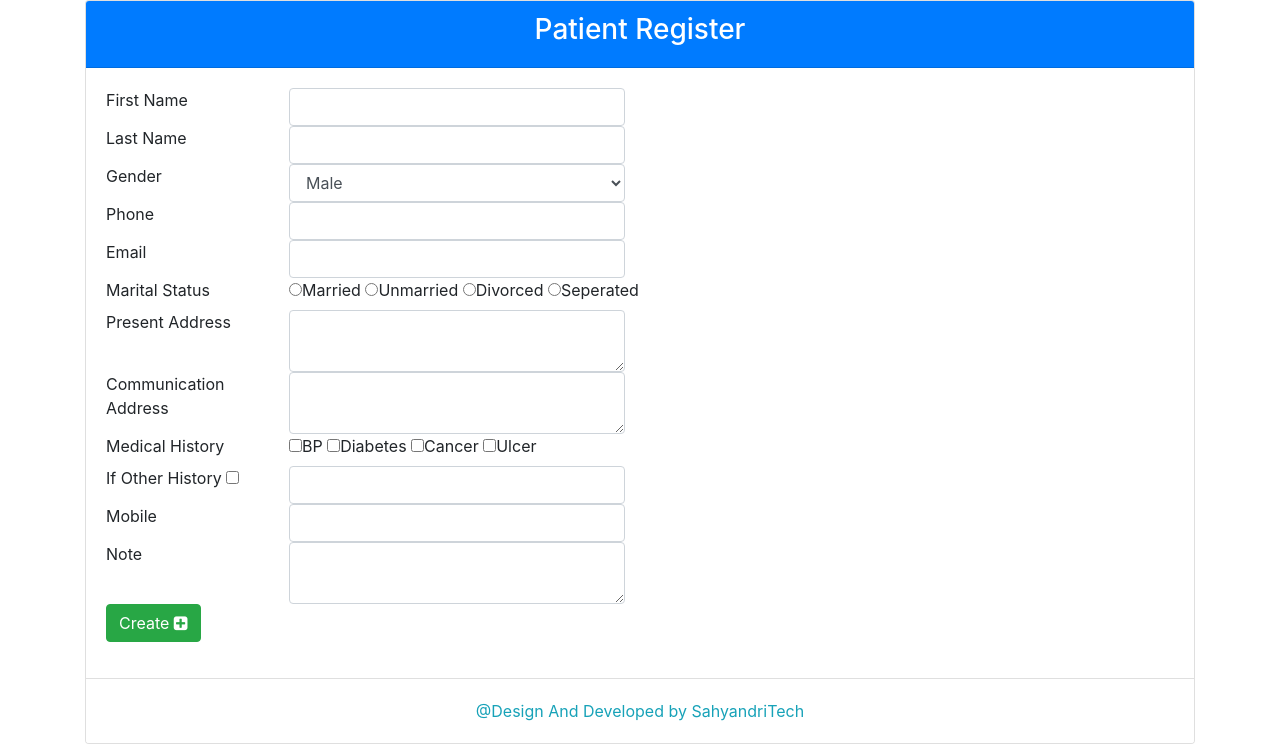
Repository: AmolRajuru11/HealthCareEx
Page: http://localhost/PatientRegister
These files come from the project's save history. The page is drawn as it stood at one moment and after the next save; the edit follows.
The browser window is 1280 px wide. The pictures show the whole page.
The page is this project's Thymeleaf template; nobody is signed in. The template is opened directly, without the code that normally fills it, so the values that code supplies are empty.

Above is the page before, as saved 2021-10-19 13:32:32.

### HeathCare/src/main/resources/templates/PatientRegister.html
<html xmlns:th="https://www.thymeleaf.org/">
<head>
<link rel="stylesheet"
	href="https://cdn.jsdelivr.net/npm/bootstrap@4.5.3/dist/css/bootstrap.min.css" />
<script src="https://code.jquery.com/jquery-3.5.1.min.js"></script>
<script
	src="https://cdn.jsdelivr.net/npm/bootstrap@4.5.3/dist/js/bootstrap.bundle.min.js"></script>
<link rel="stylesheet"
	href="https://cdnjs.cloudflare.com/ajax/libs/font-awesome/4.7.0/css/font-awesome.css" />
</head>
<body>
	<div class="container">
		<div class="card">
			<div class="card-header bg-primary text-center text-white">
				<h3>Patient Register</h3>
			</div>
			<div class="card-body">
				<form th:action="@{/patient/save}" method="POST" id="specRegForm">

					<!--row #1-->
					<div class="row">
						<div class="col-2">
							<label for="firstName">First Name</label>
						</div>
						<div class="col-4">
							<input type="text" name="firstName" id="firstName"
								class="form-control" />
						</div>
						<div class="col-6">
							<span id="firstNameError"></span>
						</div>
					</div>

					<!--row #2-->
					<div class="row">
						<div class="col-2">
							<label for="lastName">Last Name</label>
						</div>
						<div class="col-4">
							<input type="text" name="lastName" id="lastName"
								class="form-control" />
						</div>
						<div class="col-6">
							<span id="lastNameError"></span>
						</div>
					</div>

					<!-- row #3 -->
					<div class="row">
						<div class="col-2">
							<label for="gender">Gender</label>
						</div>
						<div class="col-4">
							<select name="gender" id="gender" class="form-control">
								<option value="Male">Male</option>
								<option value="Female">Female</option>
								<option value="Other">Other</option>
							</select>
						</div>
						<div class="col-6">
							<span id="genderError"></span>
						</div>
					</div>

					<!-- row #4 -->
					<div class="row">
						<div class="col-2">
							<label for="mobile">Phone</label>
						</div>
						<div class="col-4">
							<input type="text" name="mobile" id="mobile" class="form-control" />
						</div>
						<div class="col-6">
							<span id="mobileError"></span>
						</div>
					</div>


					<!-- row #5 -->
					<div class="row">
						<div class="col-2">
							<label for="email">Email</label>
						</div>
						<div class="col-4">
							<input type="text" name="email" id="email" class="form-control" />
						</div>
						<div class="col-6">
							<span id="emailError"></span>
						</div>
					</div>

					<!-- row #6 -->
					<div class="row">
						<div class="col-2">
							<label for="marialStatus">Marital Status</label>
						</div>
						<div class="col-5">
							<input type="radio" name="marialStatus" id="marialStatus1"
								value="Married" />Married <input type="radio"
								name="marialStatus" id="marialStatus2" value="Unmarried" />Unmarried
							<input type="radio" name="marialStatus" id="marialStatus3"
								value="Divorced" />Divorced <input type="radio"
								name="marialStatus" id="marialStatus4" value="Seperated" />Seperated
						</div>
						<div class="col-5">
							<span id="marialStatusError"></span>
						</div>
					</div>


					<!-- row #7 -->
					<div class="row">
						<div class="col-2">
							<label for="presentAddr">Present Address</label>
						</div>
						<div class="col-4">
							<textarea name="presentAddr" id="presentAddr"
								class="form-control"></textarea>
						</div>
						<div class="col-6">
							<span id="presentAddrError"></span>
						</div>
					</div>

					<!-- row #8 -->
					<div class="row">
						<div class="col-2">
							<label for="commAddr">Communication Address</label>
						</div>
						<div class="col-4">
							<textarea name="commAddr" id="commAddr" class="form-control"></textarea>
						</div>
						<div class="col-6">
							<span id="commAddrError"></span>
						</div>
					</div>

					<!-- row #9 -->
					<div class="row">
						<div class="col-2">
							<label for="mediHistory">Medical History</label>
						</div>
						<div class="col-4">
							<input type="checkbox" name="mediHistory" id="mediHistory1"
								value="BP" />BP <input type="checkbox" name="mediHistory"
								id="mediHistory2" value="Diabetes" />Diabetes <input
								type="checkbox" name="mediHistory" id="mediHistory3"
								value="Cancer" />Cancer <input type="checkbox"
								name="mediHistory" id="mediHistory4" value="Ulcer" />Ulcer
						</div>
						<div class="col-6">
							<span id="mediHistoryError"></span>
						</div>
					</div>

					<!-- row #10 -->
					<div class="row">
						<div class="col-2">
							<label for="ifOther">If Other History <input
								type="checkbox" name="mediHistory" id="mediHistory5"
								value="ifOther" /></label>
						</div>
						<div class="col-4">
							<input type="text" name="mobile" id="mobile" class="form-control" />
						</div>
						<div class="col-6">
							<span id="mobileError"></span>
						</div>
					</div>



					<!-- row #5 -->
					<div class="row">
						<div class="col-2">
							<label for="mobile">Mobile</label>
						</div>
						<div class="col-4">
							<input type="text" name="mobile" id="mobile" class="form-control" />
						</div>
						<div class="col-6">
							<span id="mobileError"></span>
						</div>
					</div>

					<!--row #7-->
					<div class="row">
						<div class="col-2">
							<label for="note">Note</label>
						</div>
						<div class="col-4">
							<textarea name="note" id="note" class="form-control"></textarea>
						</div>
						<div class="col-6">
							<span id="noteError"></span>
						</div>
					</div>
					<button type="submit" class="btn btn-success">
						Create <i class="fa fa-plus-square" aria-hidden="true"></i>
					</button>
				</form>
			</div>
			<div class="card-footer bg-white text-info text-center">
				<span th:text="${message}"></span> <span class="navbar-text">@Design
					And Developed by SahyandriTech </span>
			</div>
		</div>
	</div>
	<script th:src="@{/myjs/uploadImgBb.js}"></script>
</body>
</html>

### HeathCare/src/main/resources/static/myjs/uploadImgBb.js
function uploadFile() {
	var file = document.getElementById("fileOb");
	var form = new FormData();
	form.append("image", file.files[0]);
	var inputs = {
		url : "https://api.imgbb.com/1/upload?key=71a0c6e048cb7585f234207f896603d2",
		method : "POST",
		timeout : 0,
		processData : false,
		mimeType : "multipart/form-data",
		contentType : false,
		data : form,
	};

	$.ajax(inputs).done(function(response) {
		var job = JSON.parse(response);
		$("#photoLoc").val(job.data.url);
	});

}

After the next save:
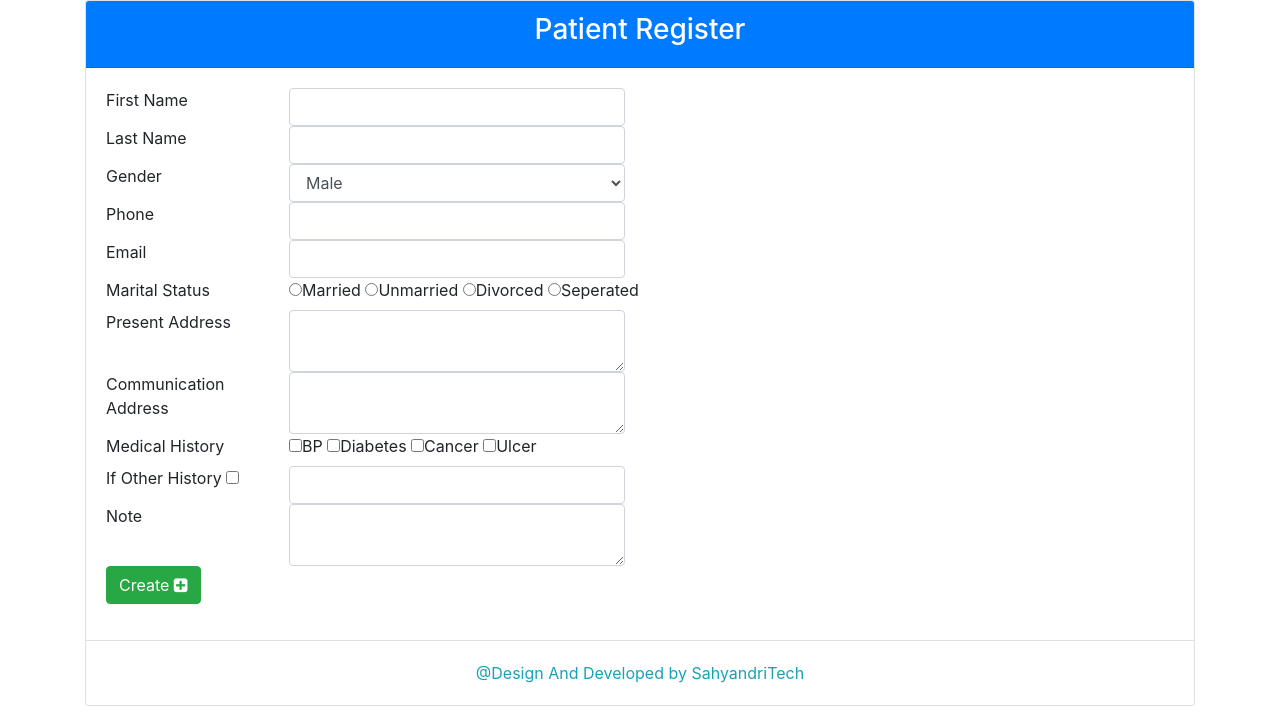
Saved 2 min 18 s later.
--- a/HeathCare/src/main/resources/templates/PatientRegister.html
+++ b/HeathCare/src/main/resources/templates/PatientRegister.html
@@ -161,29 +161,17 @@
 								value="ifOther" /></label>
 						</div>
 						<div class="col-4">
-							<input type="text" name="mobile" id="mobile" class="form-control" />
+							<input type="text" name="ifOther" id="ifOther"
+								class="form-control" />
 						</div>
 						<div class="col-6">
-							<span id="mobileError"></span>
+							<span id="mediHistoryError"></span>
 						</div>
 					</div>
 
 
 
-					<!-- row #5 -->
-					<div class="row">
-						<div class="col-2">
-							<label for="mobile">Mobile</label>
-						</div>
-						<div class="col-4">
-							<input type="text" name="mobile" id="mobile" class="form-control" />
-						</div>
-						<div class="col-6">
-							<span id="mobileError"></span>
-						</div>
-					</div>
-
-					<!--row #7-->
+					<!--row #11-->
 					<div class="row">
 						<div class="col-2">
 							<label for="note">Note</label>
@@ -206,6 +194,6 @@
 			</div>
 		</div>
 	</div>
-	<script th:src="@{/myjs/uploadImgBb.js}"></script>
+
 </body>
 </html>
